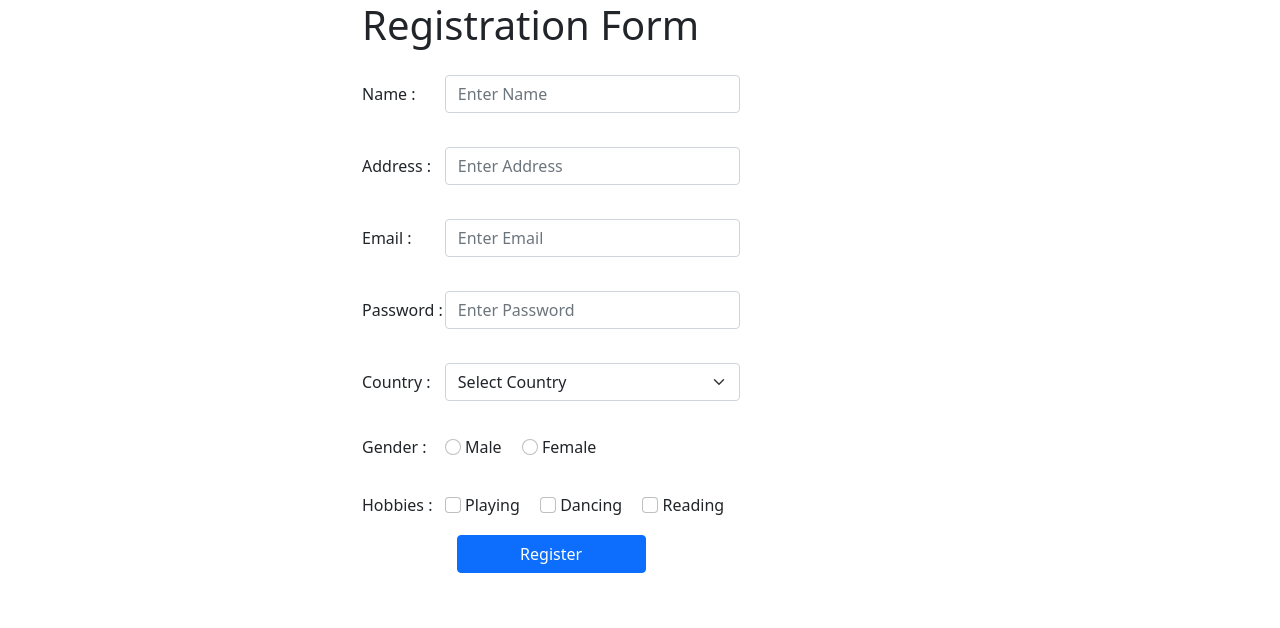
Repository: testuser85495/Java-Practical
Page: http://localhost/First_demo/
These files come from the project's save history. The page is drawn as it stood at one moment and after the next save; the edit follows.
The browser window is 1280 px wide. The pictures show the whole page.
The page is served by Tomcat 9.

Above is the page before, as saved 2024-07-23 13:49:37.

After the next save:
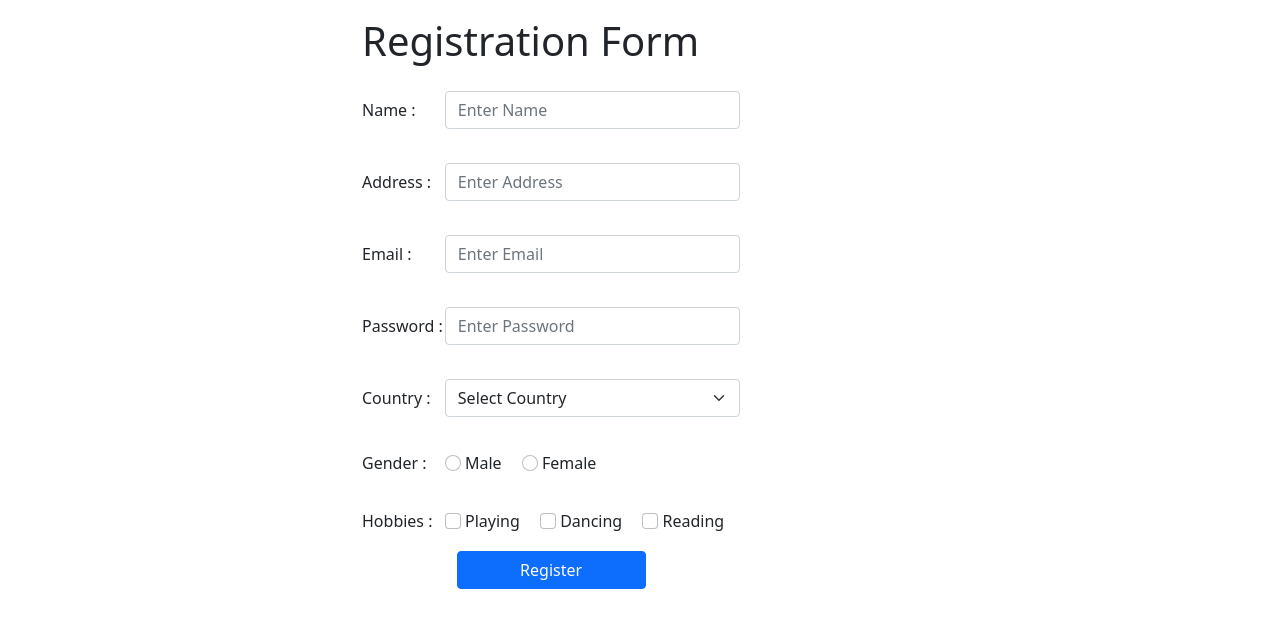
Saved 33 s later.
--- a/First_demo/src/main/webapp/index.jsp
+++ b/First_demo/src/main/webapp/index.jsp
@@ -19,7 +19,7 @@
 
 
 <body>
-	<div class="container">
+	<div class="container my-3">
 		<form action="UserController" method="post">
 			<table cellspacing="15" class="tbl_reg d-grid gap-2 col-6 mx-auto">
 				<tr>

After the save that followed:
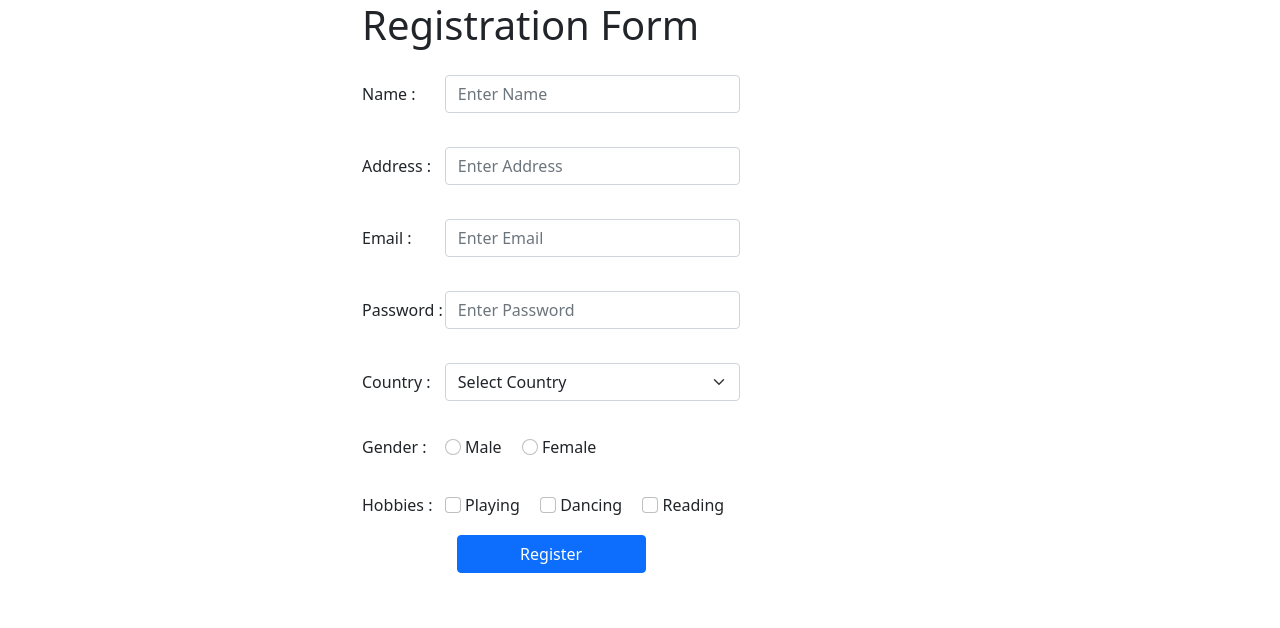
Saved 26 s later.
--- a/First_demo/src/main/webapp/index.jsp
+++ b/First_demo/src/main/webapp/index.jsp
@@ -19,7 +19,7 @@
 
 
 <body>
-	<div class="container my-3">
+	<div class="container">
 		<form action="UserController" method="post">
 			<table cellspacing="15" class="tbl_reg d-grid gap-2 col-6 mx-auto">
 				<tr>
